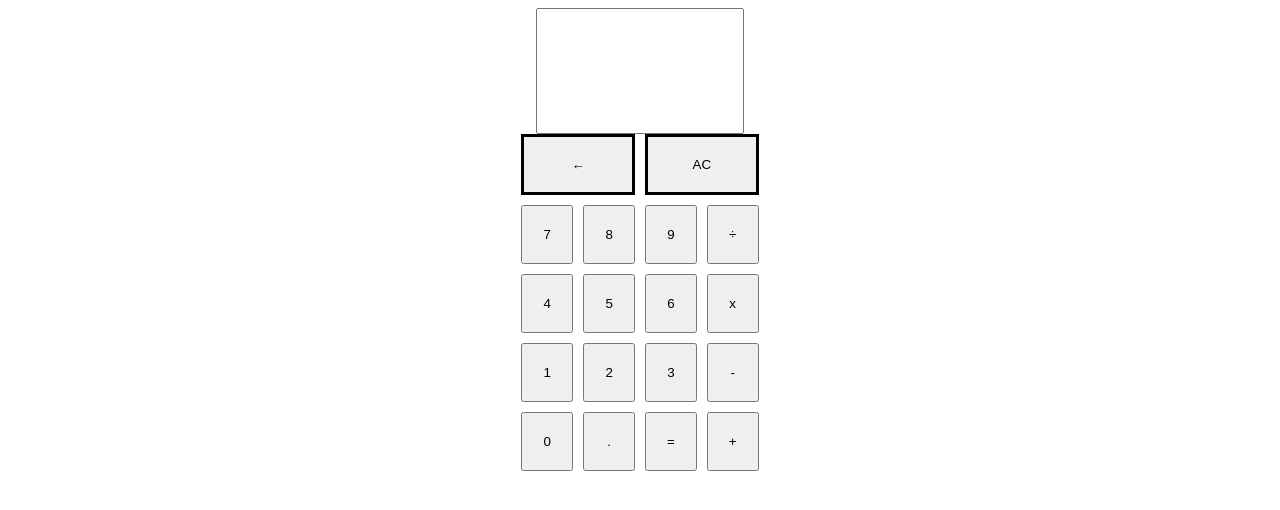
Repository: z1youRA/MyCalculator
Page: index.html
The author's editor kept a copy of each file at every save. The page is drawn from the files as they stood at one save, then again after the next save.
The browser window is 1280 px wide. The pictures show the whole page.

Above is the page before, as saved 2021-12-19 17:41:36.

### index.html
<!DOCTYPE html>
<html lang="en">
<head>
    <meta charset="UTF-8">
    <meta http-equiv="X-UA-Compatible" content="IE=edge">
    <meta name="viewport" content="width=device-width, initial-scale=1.0">
    <title>Document</title>
    <link rel='stylesheet' href='./css/styles.css'>
</head>
<body>
    <div class='container'>
        <input type='text'>
        <div class='buttons'>
                <button class='back span-2'>←</button>
                <button class='clear span-2'>AC</button>
                <button class='num'>7</button>
                <button class='num'>8</button>
                <button class='num'>9</button>
                <button class='ope'>÷</button>
                <button class='num'>4</button>
                <button class='num'>5</button>
                <button class='num'>6</button>
                <button class='ope'>x</button>
                <button class='num'>1</button>
                <button class='num'>2</button>
                <button class='num'>3</button>
                <button class='ope'>-</button>
                <button class='num'>0</button>
                <button class='num point'>.</button>
                <button class='calcu'>=</button>
                <button class='ope'>+</button>
        </div>
    </div>

</body>
<script src='script.js'>
</script>
</html>

### css/styles.css
.container {
    display: flex;
    align-items: center;
    justify-content: center;
    flex-direction: column;
}

input {
    height:120px;
    width: 200px;

}

.span-2 {
    grid-column: span 2;
    border: solid;
}

.buttons {
    display: grid;
    grid-template-columns: repeat(4, 1fr);
    grid-gap: 10px;
}



button {
    padding: 20px;
}

### script.js
function add(num1, num2) {
    return +num1 + +num2;
}

function subtract(num1, num2) {
    return +num1 - +num2;
}

function multiply(num1, num2) {
    return +num1 * +num2;
}

function divide(num1, num2) {
    return +num1 / +num2;
}

function operate() {
    if(operator === '+') {
        result = add(num1, num2);
    }
    if(operator === '-') {
        result = subtract(num1, num2);
    }
    if(operator === '*'|| operator === 'x') {
        result = multiply(num1, num2);
    }
    if(operator === '/'|| operator === '÷') {
        if(num2 == 0) {
            clear()
            input.value = 'ERROR';
            return;
        }
        result = divide(num1, num2);
    }
    input.value = Math.round(result * 100000) / 100000;

}

function clear() {
    input.value = '';
    num1 = '';
    num2 = '';
    operator = '';
    result = '';
    flag = 0;
    pointFlag = 0;
}

function inputNum() {
    if(flag === 1 && num2 === '') { //clear the screen when input the second operand.
        input.value = '';
    }
    const number = this.textContent;
    if(number === '.') {
        if(pointFlag === 1) {
            return;
        }
        pointFlag = 1;
    }
    input.value += number;
    if(flag === 0) {
        num1 += number;
    }
    else
        num2 += number;
}

function inputOperator() {
    if(num1 !== '' && num2 !== '' && operator !== '') { //if user didn't press the = button each time.
        operate();
    }
    if(result != '') { //for a second successive operation
        num1 = result;
        num2 = '';
    }
    operator = this.textContent;
    flag = 1;
    pointFlag = 0;
}

function back() {
    if(flag === 0 && num1.length > 0) {
        num1 = num1.slice(0, num1.length - 1);
        input.value = num1;
    }
    else if(flag === 1 && num2.length > 0){
        num2 = num2.slice(0, num2.length - 1);
        input.value = num2;
    }
}

let flag = 0; //if num1 exists flag == 1
let num1 = '';
let num2 = '';
let operator = '';
let result = '';
let pointFlag = 0;

const input = document.querySelector('input');
const nums = document.querySelectorAll('button.num'); //select all buttons representing numbers
const operators = document.querySelectorAll('button.ope');
const calcu = document.querySelector('.calcu');
const clr = document.querySelector('.clear');
const backspace = document.querySelector('.back');

backspace.addEventListener('click', back);
clr.addEventListener('click', clear);
calcu.addEventListener('click', operate);
nums.forEach(num => {
    num.addEventListener('click', inputNum)
})

operators.forEach(ope => {
    ope.addEventListener('click', inputOperator);
})

After the next save:
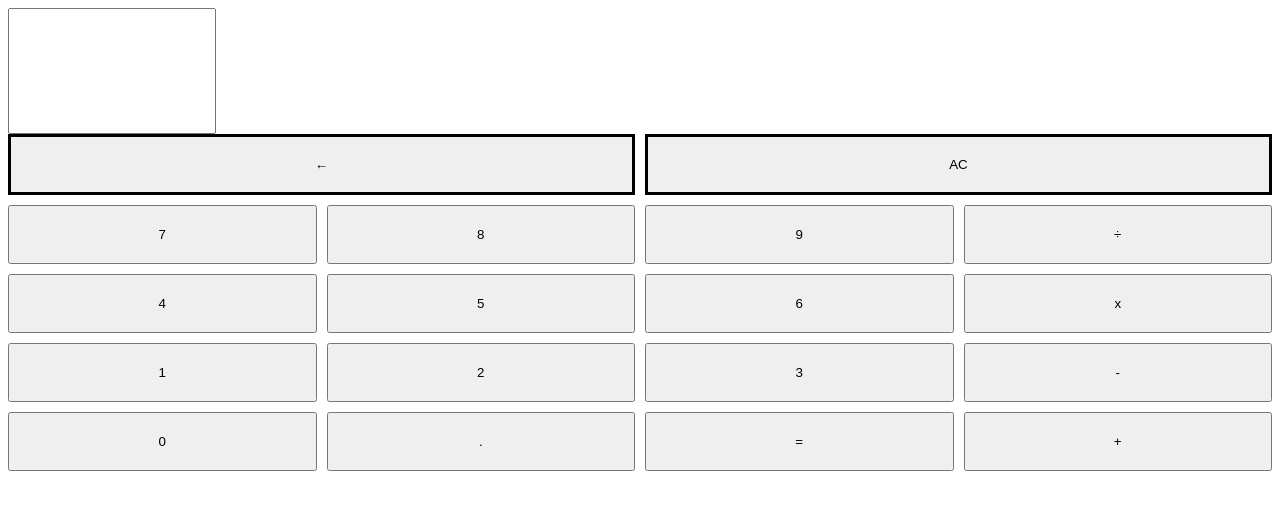
Saved 24 s later.
--- a/css/styles.css
+++ b/css/styles.css
@@ -1,6 +1,6 @@
 .container {
     display: flex;
-    align-items: center;
+    align-items: stretch;
     justify-content: center;
     flex-direction: column;
 }
